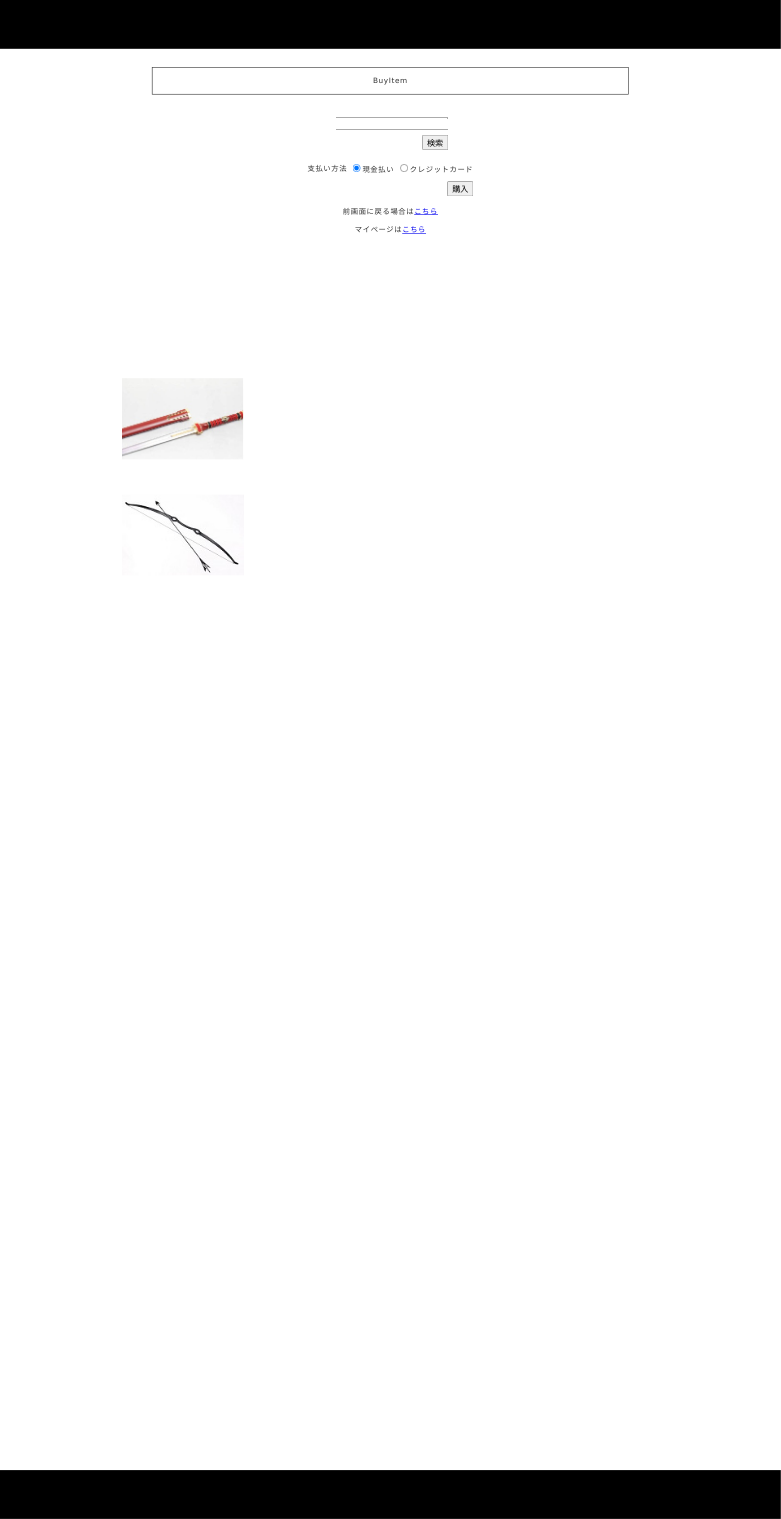
Repository: kanav0208/test
Page: http://localhost/ecsite/buyItem.jsp
An editor plug-in stored every save of this project. The page is shown before and after the next save, followed by the edit.
The browser window is 1280 px wide. The pictures show the whole page, at 61% of full size.
The page is served by Tomcat 9.

Above is the page before, as saved 2018-02-27 06:55:59.

After the next save:
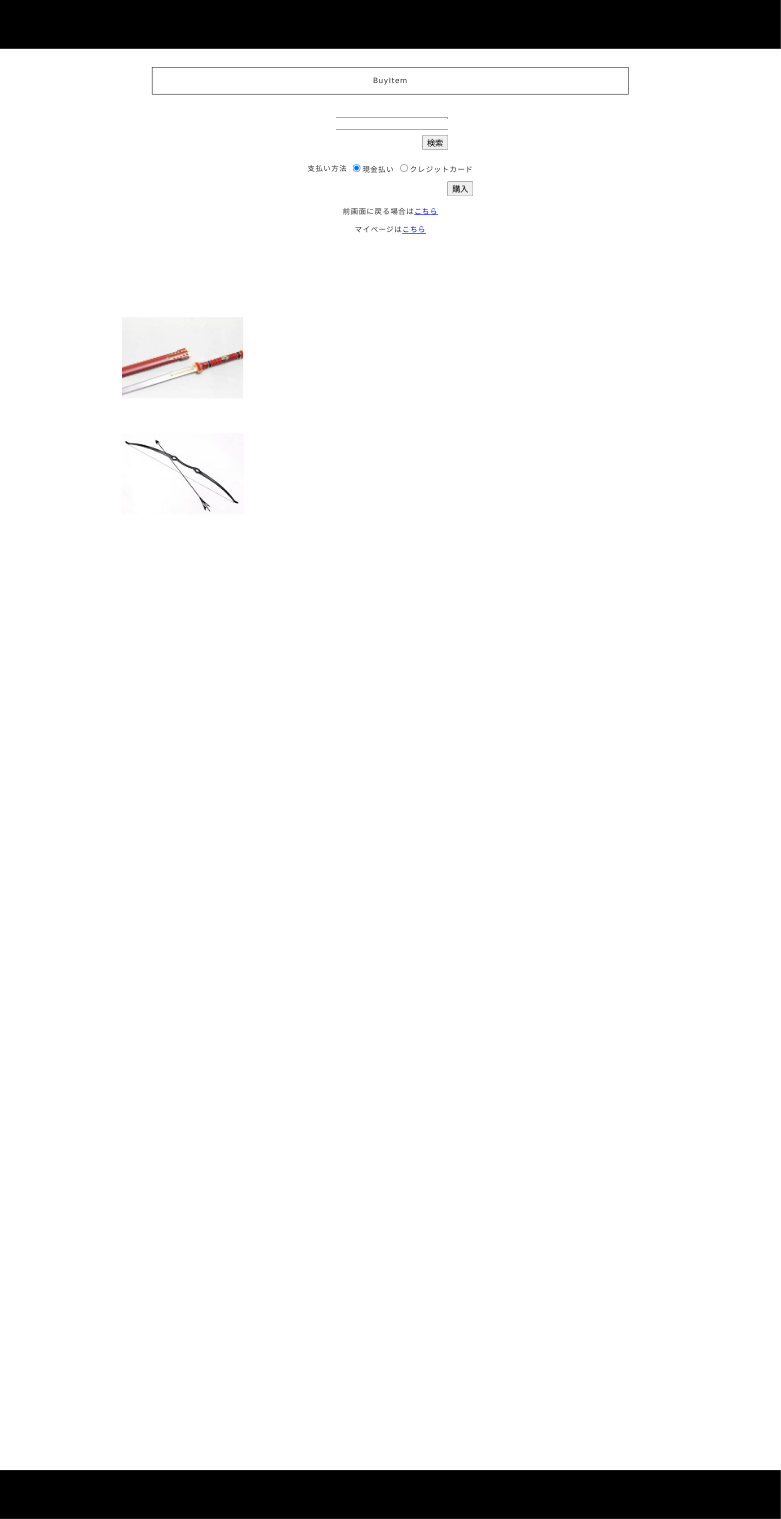
Saved 34 s later.
--- a/ecsite/WebContent/buyItem.jsp
+++ b/ecsite/WebContent/buyItem.jsp
@@ -75,7 +75,7 @@
 
     text-align:left;
 
-    height:100px;
+    height:200px;
 
     margin-left: 200px;
 
